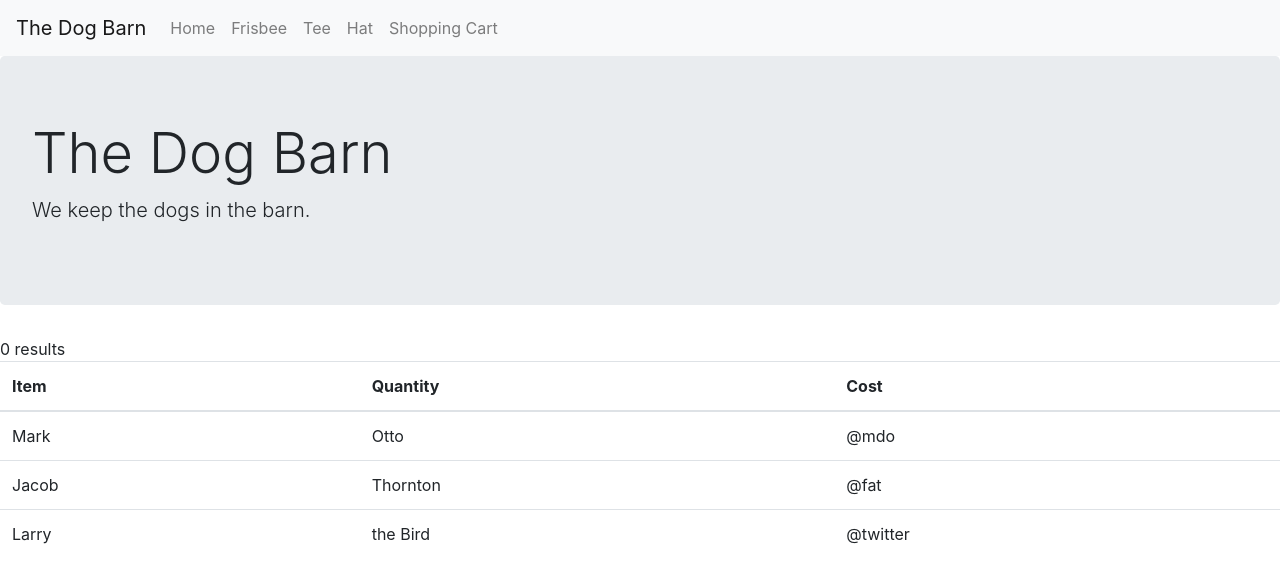
Repository: crudolph1214/SQL-Project
Page: http://localhost/shoppingcart.php
The author's editor kept a record of every edit. The page is drawn from the files as they stood at one moment, then again after the next edit.
The browser window is 1280 px wide. The pictures show the whole page.
The page is run by PHP 8.4 with error messages shown; the project is at /var/www/html/. Queries for data that is not in the repository find no rows.

Above is the page before.

After the next edit:
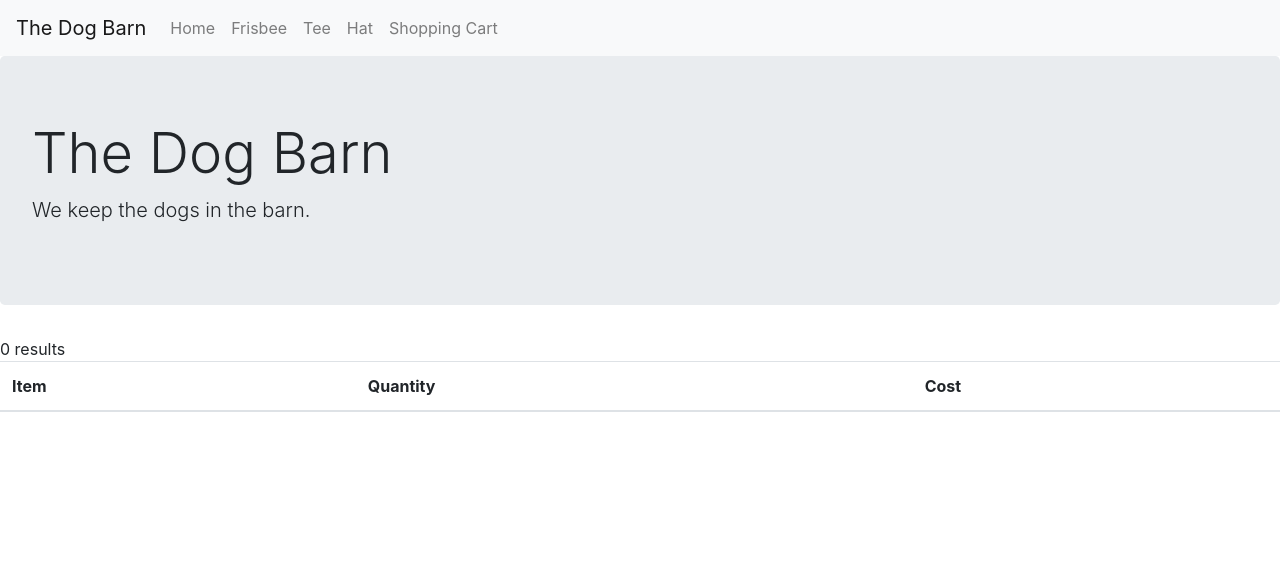
The edit:
--- a/workspace/shoppingcart.php
+++ b/workspace/shoppingcart.php
@@ -51,21 +51,6 @@
                 </tr>
             </thead>
             <tbody>
-                <tr>
-                    <td>Mark</td>
-                    <td>Otto</td>
-                    <td>@mdo</td>
-                </tr>
-                <tr>
-                    <td>Jacob</td>
-                    <td>Thornton</td>
-                    <td>@fat</td>
-                </tr>
-                <tr>
-                    <td>Larry</td>
-                    <td>the Bird</td>
-                    <td>@twitter</td>
-                </tr>
                 <?php
                     $servername = "localhost";
                     $username = "justinkelleher";
